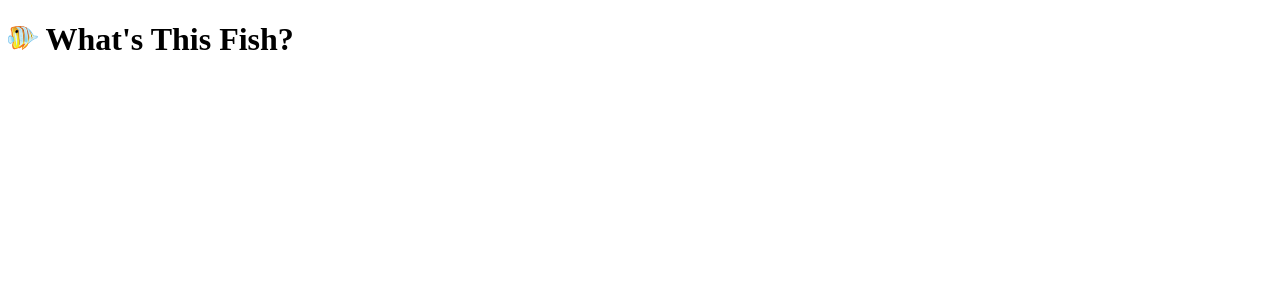
Repository: ulyfm/whatsthis.fish
Page: FishServer/externalpages/index.html
These files come from the project's save history. The page is drawn as it stood at one moment and after a run of saves; the edit follows.
The browser window is 1280 px wide. The pictures show the whole page.
Some web fonts or font styles are not loaded; a fallback is used.

Above is the page before, as saved 2017-01-04 17:59:54.

After the next 2 saves:
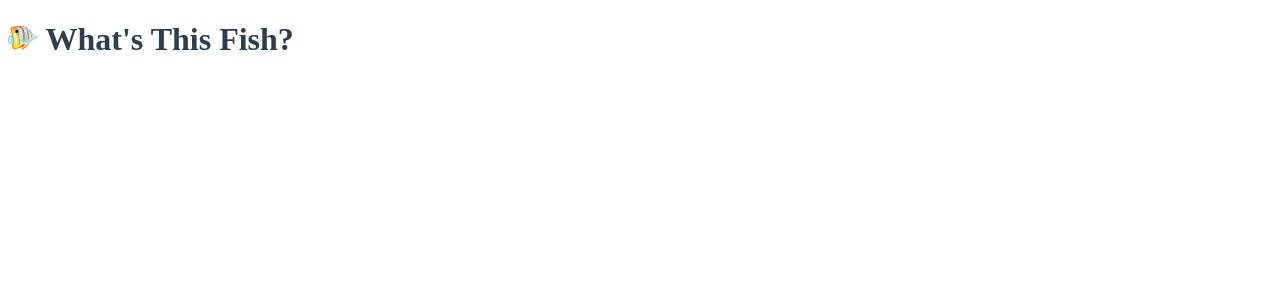
The 2 saves are shown as one change because they came seconds apart.
The last was saved 32 s later.
--- a/FishServer/externalpages/fish.css
+++ b/FishServer/externalpages/fish.css
@@ -1,6 +1,6 @@
 html{
 	background: #ffffff;
-	color: #;
+	color: #2c3e50;
 }
 h1 {
 	font-family: 'Alegreya', serif;
